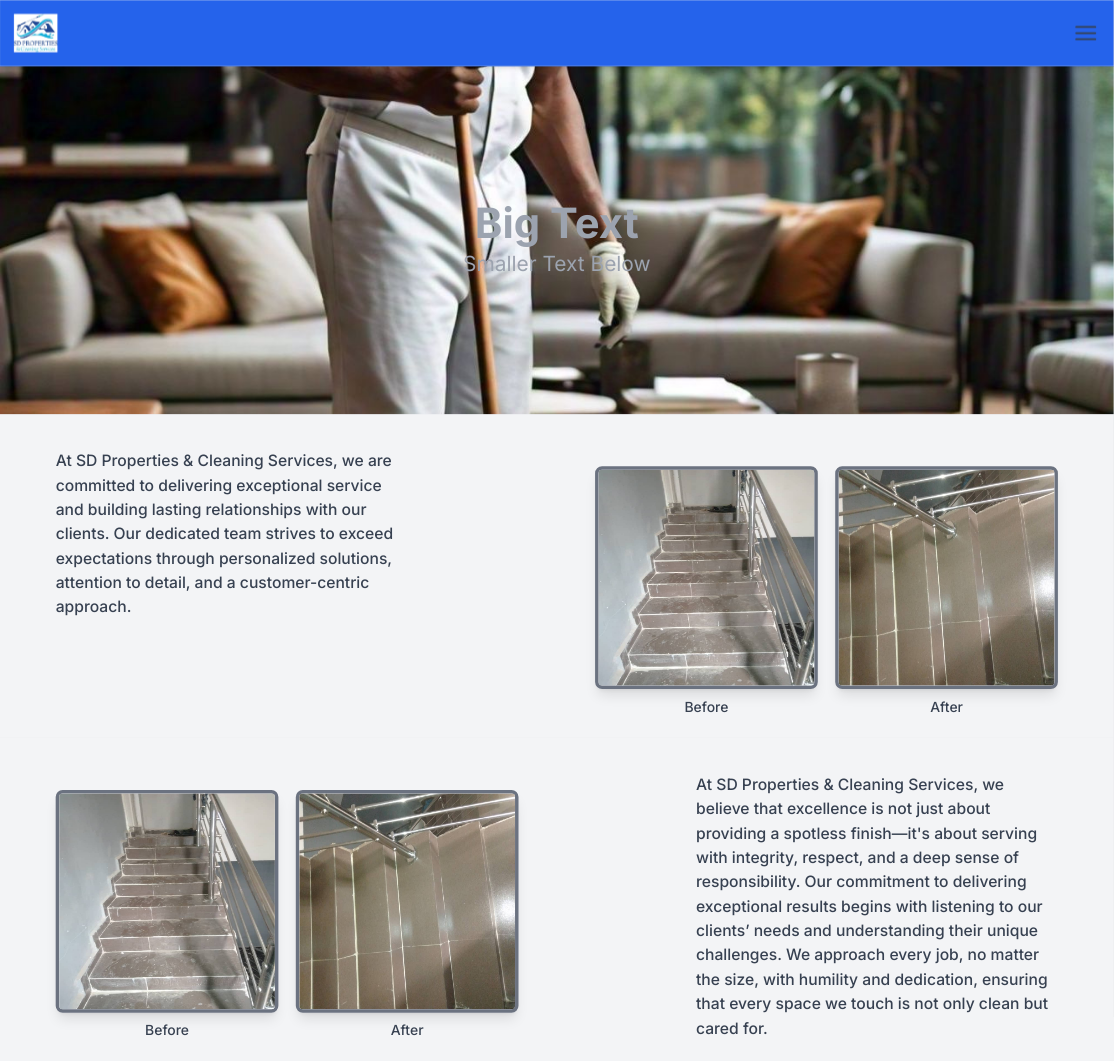
Repository: devmskhan/sdpropandclean
Page: /
These files come from the project's save history. The page is drawn as it stood at one moment and after a run of saves; the edit follows.
The browser window is 1280 px wide. The pictures show the whole page, at 87% of full size.
The project was rebuilt for these pictures with package versions that can differ from the ones it lists, and the page was loaded fresh each time. The framework's server and built-in components were replaced by stand-ins that run in the browser. Also part of the build but not shown: next.config.mjs.

Above is the page before, as saved 2024-09-03 13:22:00.

### app/layout.tsx
import type { Metadata } from "next";
import { Inter } from "next/font/google";
import "./globals.css";

const inter = Inter({ subsets: ["latin"] });

export const metadata: Metadata = {
  title: "SD Properties & Cleaning",
  description: "Provision of Houses and Cleanliness of Homes is our apex goal",
};

export default function RootLayout({
  children,
}: Readonly<{
  children: React.ReactNode;
}>) {
  return (
    <html lang="en">
      <body className={inter.className}>{children}</body>
    </html>
  );
}

### app/page.tsx
import Header from '../components/Header';
import Body from '../components/Body';

export default function Home() {
  return (
    <main className="min-h-screen bg-gray-200">
      <Header />
      <Body />
    </main>
  );
}

### components/Header.tsx
import Image from "next/image";
import { Bars3Icon } from '@heroicons/react/24/solid'


function Header() {
    return (
      <header className="sticky top-0 z-10 flex justify-between items-center p-4 bg-blue-600 shadow-md">
      <div className="flex items-center">
        <Image
          src="/sdlogo.jpg"
          alt="Logo"
          width={50}
          height={50}
          className="cursor-pointer"
        />
      </div>

      <div className="cursor-pointer">
        <Bars3Icon className="h-8 w-8 text-gray-700" />
      </div>
    </header>

    )
}

export default Header;

### components/Body.tsx



function Body() {
    return (
        <div>
            <div className="relative w-full h-[400px] bg-cover bg-center text-gray-400"
         style={{ backgroundImage: 'url("/pic1.jpg")' }}>
      <div className="absolute inset-0 flex flex-col justify-center items-center text-center">
        {/* Larger Text */}
        <h1 className="text-5xl font-bold mb-2">
          Big Text
        </h1>
        {/* Smaller Text */}
        <p className="text-2xl">
          Smaller Text Below
        </p>
      </div>
    </div>

    <div>

    </div>

      <div className="flex justify-between p-6 bg-gray-100">
  <div className="max-w-md text-left mr-12"> {/* Increased margin-right for larger space */}
    <p className="text-lg font-medium text-gray-700 mt-4 ml-10">
      At SD Properties & Cleaning Services, we are committed to delivering exceptional service and building lasting relationships with our clients. Our dedicated team strives to exceed expectations through personalized solutions, attention to detail, and a customer-centric approach.
    </p>
  </div>
  <div className="flex space-x-5 mt-4 mr-10">
  <div className="flex flex-col items-center">
    <img src="stairsb.jpg" alt="Top Image" className="mt-5 w-64 h-64 rounded-lg shadow-lg border-gray-500 border-solid border-4" />
    <span className="mt-2 text-gray-700 font-medium">Before</span>
  </div>
  <div className="flex flex-col items-center">
    <img src="stairsaft.jpg" alt="Bottom Image" className="mt-5 w-64 h-64 rounded-lg shadow-lg border-gray-500 border-solid border-4" />
    <span className="mt-2 text-gray-700 font-medium">After</span>
  </div>
</div>

</div>

<div className="flex justify-between p-6 bg-gray-100">

<div className="flex space-x-5 mt-4 ml-10">
<div className="flex flex-col items-center">
  <img src="stairsb.jpg" alt="Top Image" className="mt-5 w-64 h-64 rounded-lg shadow-lg border-gray-500 border-solid border-4" />
  <span className="mt-2 text-gray-700 font-medium">Before</span>
</div>
<div className="flex flex-col items-center">
  <img src="stairsaft.jpg" alt="Bottom Image" className="mt-5 w-64 h-64 rounded-lg shadow-lg border-gray-500 border-solid border-4" />
  <span className="mt-2 text-gray-700 font-medium">After</span>
</div>
</div>
<div className="max-w-md text-left mr-12"> {/* Increased margin-right for larger space */}
  <p className="text-lg font-medium text-gray-700 mt-4 ml-10">
  At SD Properties & Cleaning Services, we believe that excellence is not just about providing a spotless finish—it's about serving with integrity, respect, and a deep sense of responsibility. Our commitment to delivering exceptional results begins with listening to our clients’ needs and understanding their unique challenges. We approach every job, no matter the size, with humility and dedication, ensuring that every space we touch is not only clean but cared for.
  </p>
</div>

</div>


        </div>


    )
}

export default Body;

Loaded but not shown: app/globals.css (common file); tailwind.config.ts (common file)

After the next 6 saves:
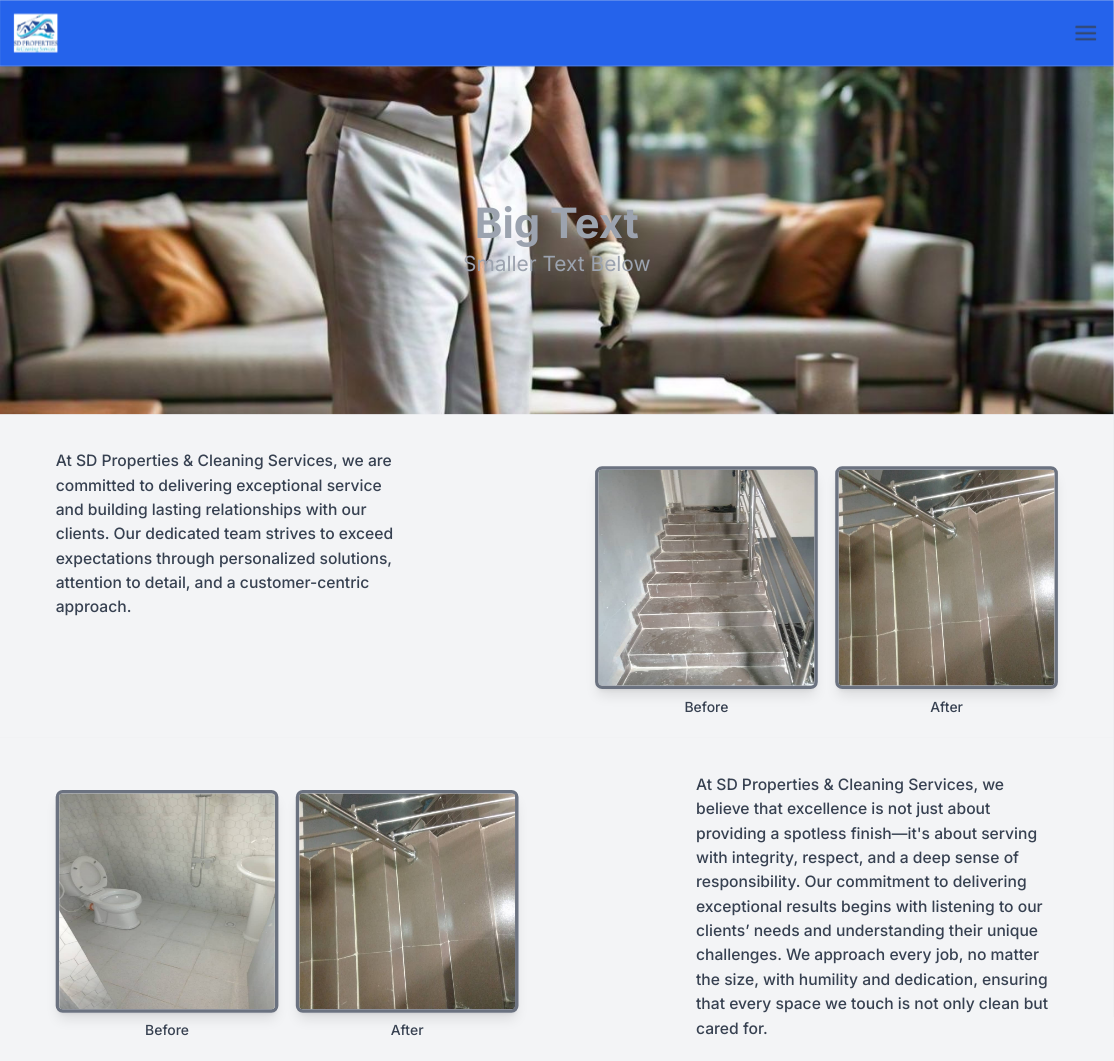
The 6 saves are shown as one change because they came seconds apart.
The last was saved 75 s later.
--- a/components/Body.tsx
+++ b/components/Body.tsx
@@ -45,7 +45,7 @@
 
 <div className="flex space-x-5 mt-4 ml-10">
 <div className="flex flex-col items-center">
-  <img src="stairsb.jpg" alt="Top Image" className="mt-5 w-64 h-64 rounded-lg shadow-lg border-gray-500 border-solid border-4" />
+  <img src="tltbf.jpg" alt="Top Image" className="mt-5 w-64 h-64 rounded-lg shadow-lg border-gray-500 border-solid border-4" />
   <span className="mt-2 text-gray-700 font-medium">Before</span>
 </div>
 <div className="flex flex-col items-center">
